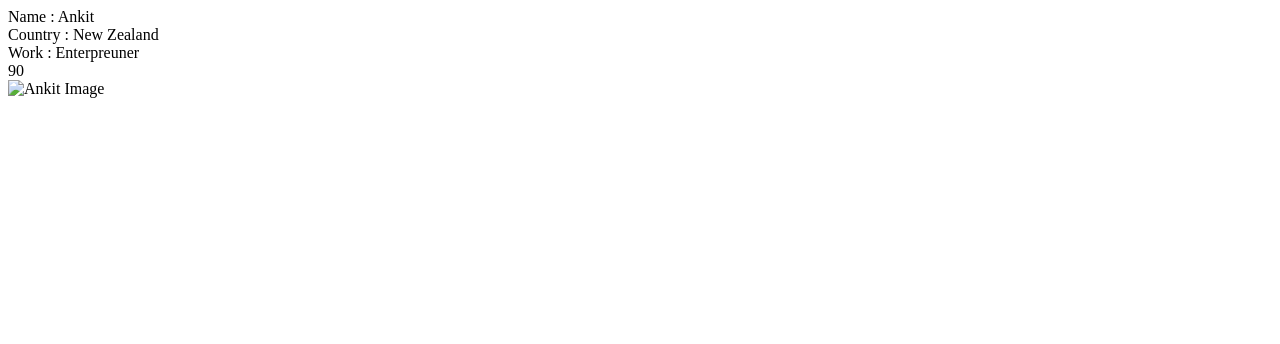
Repository: ammoreloaded/WebProjectFirst
Page: homework/WebProjectFirst/web/ng-srcDemo.html
These files come from the project's save history. The page is drawn as it stood at one moment and after the next save; the edit follows.
The browser window is 1280 px wide. The pictures show the whole page.

Above is the page before, as saved 2016-05-19 01:40:28.

### homework/WebProjectFirst/web/ng-srcDemo.html
<!doctype html>
<html ng-app="myModule">
<head>
	<script src = "resources/js/angular.min.js"></script>
	<script src = "resources/js/script.js"></script>
</head>
<body ng-controller="myController">
	<div>
		Name : {{ user.name }}
	</div>
	<div>
		Country : {{ user.country }}
	</div>
	<div>
		Work : {{ user.work }}
	</div>
	<div>
		{{ 40 + 50 }}</br>
		<img alt="{{ user.name + ' Image'}}" ng-src="{{ user.image }}" width="300px"/>
	</div>

</body>
</html>

### homework/WebProjectFirst/web/resources/js/script.js
var employee = {
	firstName : "Ankit",
	lastName : "Singh",
	age : "23"
};

var user = {
		name : "Ankit",
		country : "New Zealand",
		work : "Enterpreuner"
}

var myApp = angular.module("myModule", []).controller("myController",
		function($scope) {
			$scope.message = "Angular JS Tutorial";
			$scope.employee = employee;
			$scope.user = user;
		});

//Simpler way of creating a module and attaching a controller
//var myApp = angular.module("myModule", []);


/*myApp.controller("myController", function($scope) {

	$scope.message = "Angular JS Tutorial";
	$scope.employee = employee;

});*/

Loaded but not shown: homework/WebProjectFirst/web/resources/js/angular.min.js (library)

After the next save:
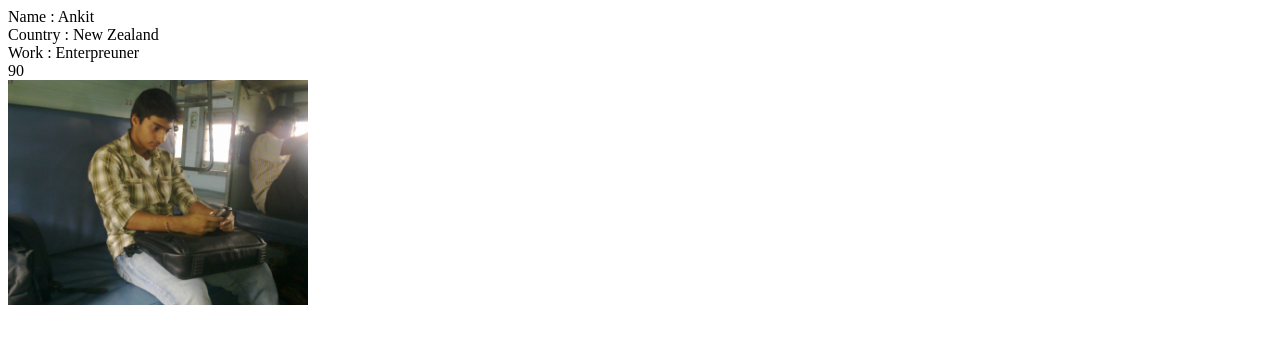
Saved 38 s later.
--- a/homework/WebProjectFirst/web/resources/js/script.js
+++ b/homework/WebProjectFirst/web/resources/js/script.js
@@ -7,7 +7,8 @@ var employee = {
 var user = {
 		name : "Ankit",
 		country : "New Zealand",
-		work : "Enterpreuner"
+		work : "Enterpreuner",
+		image : "resources/images/16032010242.jpg"
 }
 
 var myApp = angular.module("myModule", []).controller("myController",
